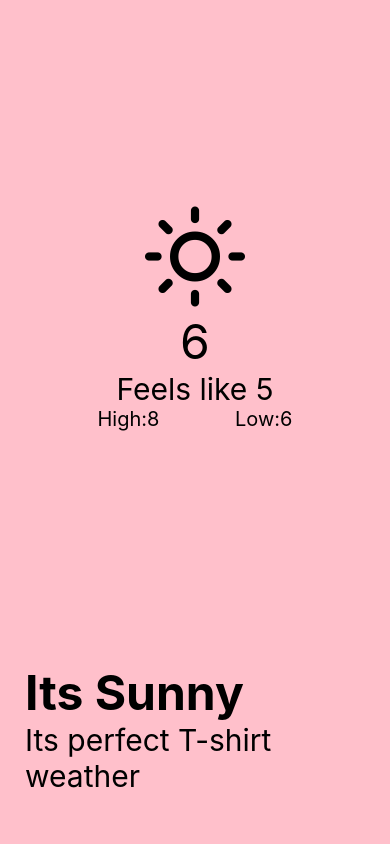
Repository: RossDee/WeatherApp
Screen: /
These files come from the project's save history. The screen is drawn as it stood at one moment and after the next save; the edit follows.
The app was drawn by React Native's web renderer in a window 390 px wide. The project was rebuilt for these pictures with package versions that can differ from the ones it lists, and the page was loaded fresh each time.

Above is the screen before, as saved 2023-10-14 21:30:04.

### App.js
import React from 'react';
import { SafeAreaView, StyleSheet, Text, View } from 'react-native';
import {Feather} from '@expo/vector-icons'

const App = () => {
  return (
    <SafeAreaView style = {style.wrapper}>
    <View style = {style.container}>
      <Feather name = "sun" size = {100} color = "black" />
      <Text style={style.temp} >6</Text>
      <Text style = {style.feels}>Feels like 5</Text>
      <View style = {style.highLowWrapper}>
        <Text style = {style.highLow}>High:8</Text>
        <Text style = {style.highLow}>Low:6</Text>
      </View>
    </View>
    <View style = {style.bodyWrapper}>
        <Text style = {style.description}>Its Sunny</Text>
      <Text style = {style.message}>Its perfect T-shirt weather</Text>
    </View>
    </SafeAreaView>
  )
}
const style  =StyleSheet.create({
  wrapper:{
    flex:1,
    backgroundColor:'pink',
  },
  container:{
    backgroundColor:'pink',
    flex:1,
    alignItems:'center',
    justifyContent:'center',
  },
  temp:{
    color:'black',
    fontSize:48,
 },
 feels:{
   color:'black',
   fontSize:30,
 },
  highLow:{
    color:'black',
    fontSize:20,
  },
  highLowWrapper:{
    flexDirection:'row',
    justifyContent:'space-between',
    width:'50%',
  },
  bodyWrapper:{
    width:'90%',
    padding:10,
    borderRadius:20,
    marginTop:20,
    paddingLeft:25,
    marginBottom:40,
  },
  description:{
    fontSize:48,
    fontWeight:'bold',
  },
  message:{
    fontSize:30,
  }
})

export default App

After the next save:
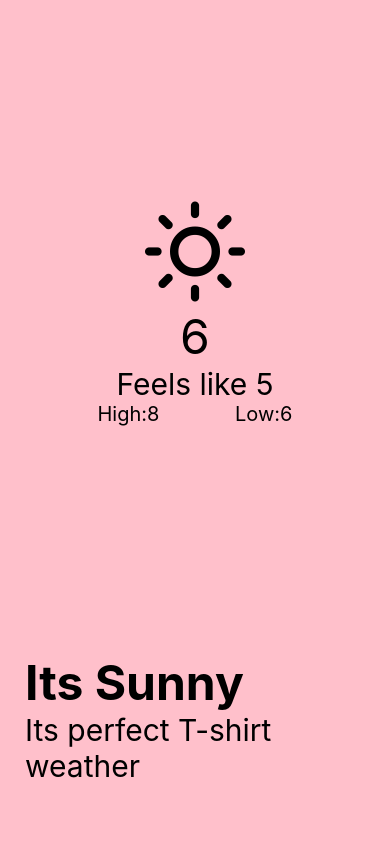
Saved 4 s later.
--- a/App.js
+++ b/App.js
@@ -55,7 +55,7 @@ const style  =StyleSheet.create({
     borderRadius:20,
     marginTop:20,
     paddingLeft:25,
-    marginBottom:40,
+    marginBottom:50,
   },
   description:{
     fontSize:48,
